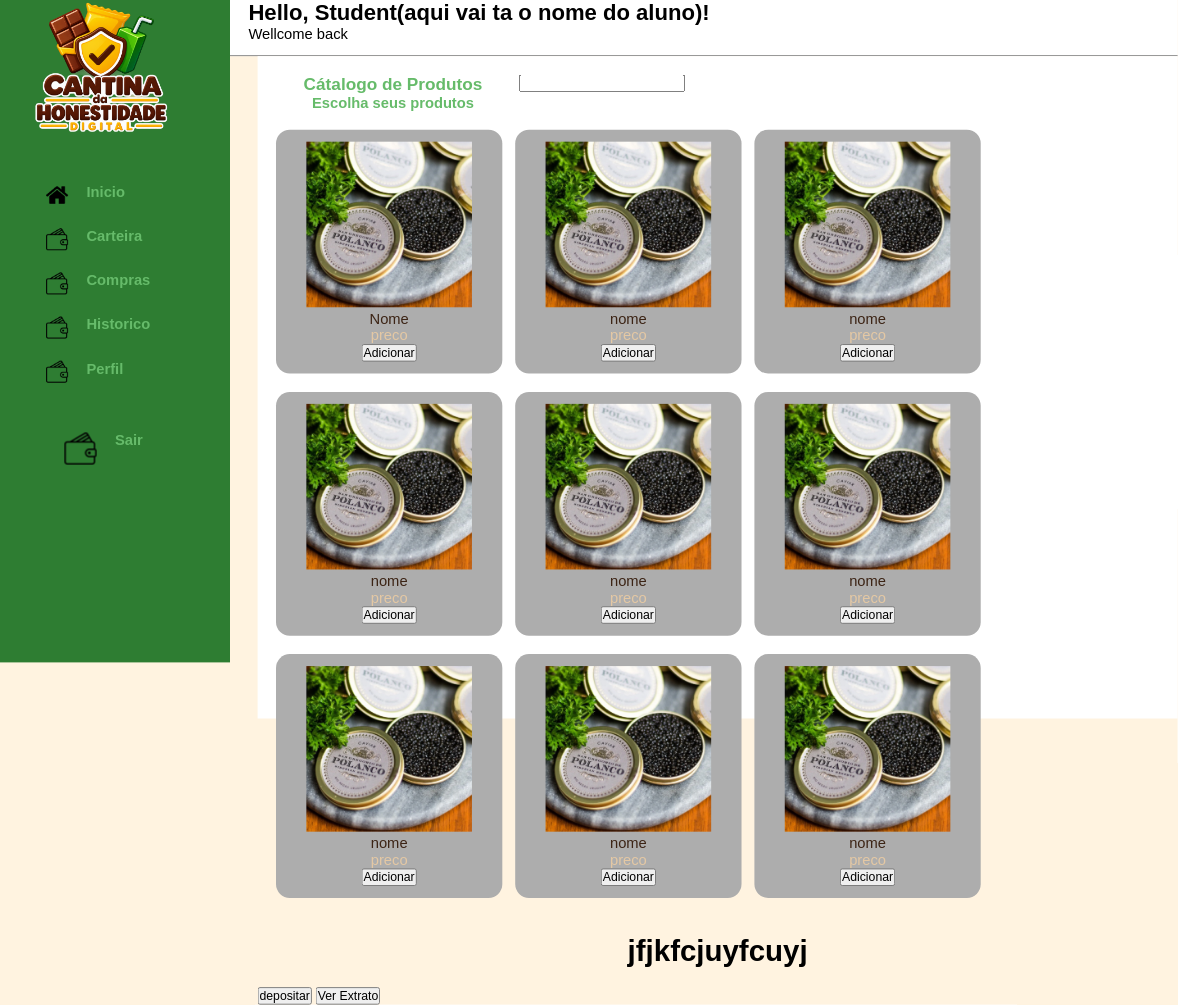
Repository: Proteuzin/Aplicativo-para-Gest-o-da-Cantina-da-Honestidade
Page: html/teladeprodutos.html
The author's editor kept a copy of each file at every save. The page is drawn from the files as they stood at one save, then again after the next save.
The browser window is 1280 px wide. The pictures show the whole page, at 92% of full size.

Above is the page before, as saved 2026-08-17 18:52:38.

### html/teladeprodutos.html
<!DOCTYPE html>
<html lang="en">

<head>
    <meta charset="UTF-8">
    <meta name="viewport" content="width=device-width, initial-scale=1.0">
    <title>Cantina da bondade</title>
    <link rel="stylesheet" href="../css/css.css">
    <script src="../Js/produtos.js" defer></script>
</head>

<body>

    <div class="conteudo" id="conteudo">

        <div class="lado" id="lado">
            <div class="logo" id="logo">
                <img src="../images/Aug 14, 2026, 03_21_48 PM.png" alt="LOGO" class="logo" id="logo">
            </div>
            <div class="icons" id="icons">
                <div class="inicio" id="inicio">
                    <div class="imgInicio" id="imgInicio">
                        <img src="../images/home.png" alt="home">
                    </div>
                    <div class="txthome" id="txthome">
                        <h4>Inicio</h4>
                    </div>
                </div>

                <div class="carteira" id="carteira">
                    <div class="imgcarteira" id="imgcarteira">
                        <img src="../images/carteira.png" alt="home">
                    </div>
                    <div class="txtcarteira" id="txtcarteira">
                        <h4>Carteira</h4>
                    </div>
                </div>

                <div class="carteira" id="carteira">
                    <div class="imgcarteira" id="imgcarteira">
                        <img src="../images/carteira.png" alt="home">
                    </div>
                    <div class="txtcarteira" id="txtcarteira">
                        <h4>Compras</h4>
                    </div>
                </div>

                <div class="carteira" id="carteira">
                    <div class="imgcarteira" id="imgcarteira">
                        <img src="../images/carteira.png" alt="home">
                    </div>
                    <div class="txtcarteira" id="txtcarteira">
                        <h4>Historico</h4>
                    </div>
                </div>

                <div class="carteira" id="carteira">
                    <div class="imgcarteira" id="imgcarteira">
                        <img src="../images/carteira.png" alt="home">
                    </div>
                    <div class="txtcarteira" id="txtcarteira">
                        <h4>Perfil</h4>
                    </div>
                </div>
            </div>
            <div class="sair" id="sair">
                <div class="imgcarteira" id="imgcarteira">
                    <img src="../images/carteira.png" alt="home">
                </div>
                <div class="txtcarteira" id="txtcarteira">
                    <h4>Sair</h4>
                </div>
            </div>
        </div>



        <div class="direita">

            <div class="cima" id="cima">
                <h2>Hello, Student(aqui vai ta o nome do aluno)!</h2>
                <p>Wellcome back</p>
            </div>

            <div class="conteudoMeio" id="conteudoMeio">

                <div class="produtos" id="produtos">
                    <div class="pesquisa" id="pesquisar">
                        <div class="textoPesquisa" id="textoPesquisa">
                            <h3>Cátalogo de Produtos</h3>
                            <h4>Escolha seus produtos</h4>
                        </div>
                        <div class="inputPesquisa" id="inputPesquisa">
                            <input type="text" name="pesquisar" id="pesquisar">
                        </div>
                    </div>
                    <div class="card" id="card">
                        <div class="primeiro" id="primeiro">

                        </div>
                    </div>
                </div>

                <div class="salso" id="saldo">
                    <h1>jfjkfcjuyfcuyj</h1>
                    <button id="depositar" class="depositar">depositar</button>
                    <button class="VerExtrato" id="VerExtrato">Ver Extrato</button>
                </div>

            </div>

        </div>

    </div>
</body>

</html>

### css/css.css
*{
    margin: 0px;
    padding: 0px;
    font-family: Arial, Helvetica, sans-serif;
}

body{
    background-color: #FFF3E0;
}

.icons{
    margin-left: 50px;
    margin-top: 50px;
}

.icons img{
    width: 24px;
    height: 24px;
}

.inicio{
    display: flex;
    gap: 20px;
}

.carteira{
    margin-top: 20px;
    display: flex;
    gap: 20px;
}

.lado{
    width: 250px;
    background-color:#2E7D32 ;
   text-align: center;
   height: 100vh;
}

.logo{
    width: 220px;
    height: 150px;
}

.sair img{
  width: 35px;
    height: 35px;
}

.sair{
    display: flex;
    gap: 20px;
   margin-left: 70px;
   margin-top: 50px;
}

.cima{
    background-color: white;
    border-bottom: gray solid 1px;
    flex: 1px;
    height: 60px;
    padding-left: 20px;
}

.conteudo{
    display: flex;
}
.direita {
    flex: 1px;
}
.pesquisa{
    display: flex;
    gap: 40px;
}

.pesquisa h3, h4{
    color: #66BB6A;
}

.conteudoMeio{
    background-color: #FFF3E0;
    height: 100vh;
}

.pesquisa{
    text-align: center;
    display: flex;
    justify-content: left;
    padding-top: 20px;
    padding-left: 50px;
}



/*cards */
.primeiro {
    display: grid;
    grid-template-columns: repeat(3, 240px);
    gap: 20px;
    padding: 20px;
}

.DivCard {
    background-color: rgb(173, 173, 173);
    width: 220px;
    padding: 13px;
    text-align: center;
    border-radius: 15px;
}

.cards{
    display: flex;
    justify-content: center;
}

h1{
    text-align: center;
    margin-top: 20px;
    margin-bottom: 20px;
}
.texto{

    color: #3C2415;
}
.preco{
    color: #e4c8a4;
}

.conteudoMeio{
    background-color: white;
    margin-left: 30px;
}

.fotoCard{
    width: 180px;
    height: 180px;
}

### Js/produtos.js
let preco = [
  "preco",
  "preco",
  "preco",
  "preco",
  "preco",
  "preco",
  "preco",
  "preco",
  "preco",
];

let nome = [
  "Nome",
  "nome",
  "nome",
  "nome",
  "nome",
  "nome",
  "nome",
  "nome",
  "nome",
];

let img = [
  "../images/caviar-polanco-siberian-reserve-30g_04f8f731-f5cb-4720-80b7-49af5675303b_1200x.webp",
  "../images/caviar-polanco-siberian-reserve-30g_04f8f731-f5cb-4720-80b7-49af5675303b_1200x.webp",
  "../images/caviar-polanco-siberian-reserve-30g_04f8f731-f5cb-4720-80b7-49af5675303b_1200x.webp",
  "../images/caviar-polanco-siberian-reserve-30g_04f8f731-f5cb-4720-80b7-49af5675303b_1200x.webp",
  "../images/caviar-polanco-siberian-reserve-30g_04f8f731-f5cb-4720-80b7-49af5675303b_1200x.webp",
  "../images/caviar-polanco-siberian-reserve-30g_04f8f731-f5cb-4720-80b7-49af5675303b_1200x.webp",
  "../images/caviar-polanco-siberian-reserve-30g_04f8f731-f5cb-4720-80b7-49af5675303b_1200x.webp",
  "../images/caviar-polanco-siberian-reserve-30g_04f8f731-f5cb-4720-80b7-49af5675303b_1200x.webp",
  "../images/caviar-polanco-siberian-reserve-30g_04f8f731-f5cb-4720-80b7-49af5675303b_1200x.webp",
];

function card() {
  let cards = document.querySelector("#primeiro");

  for (let i = 0; i < nome.length; i++) {
    cards.innerHTML += `
    <div class="DivCard">
        <img src="${img[i]}" class="fotoCard">
        <p class="texto">${nome[i]}</p>
        <p class="preco">${preco[i]}</p>
        <button class="butcard">Adicionar</button>
    </div>
`;
  }
}

card();

After the next save:
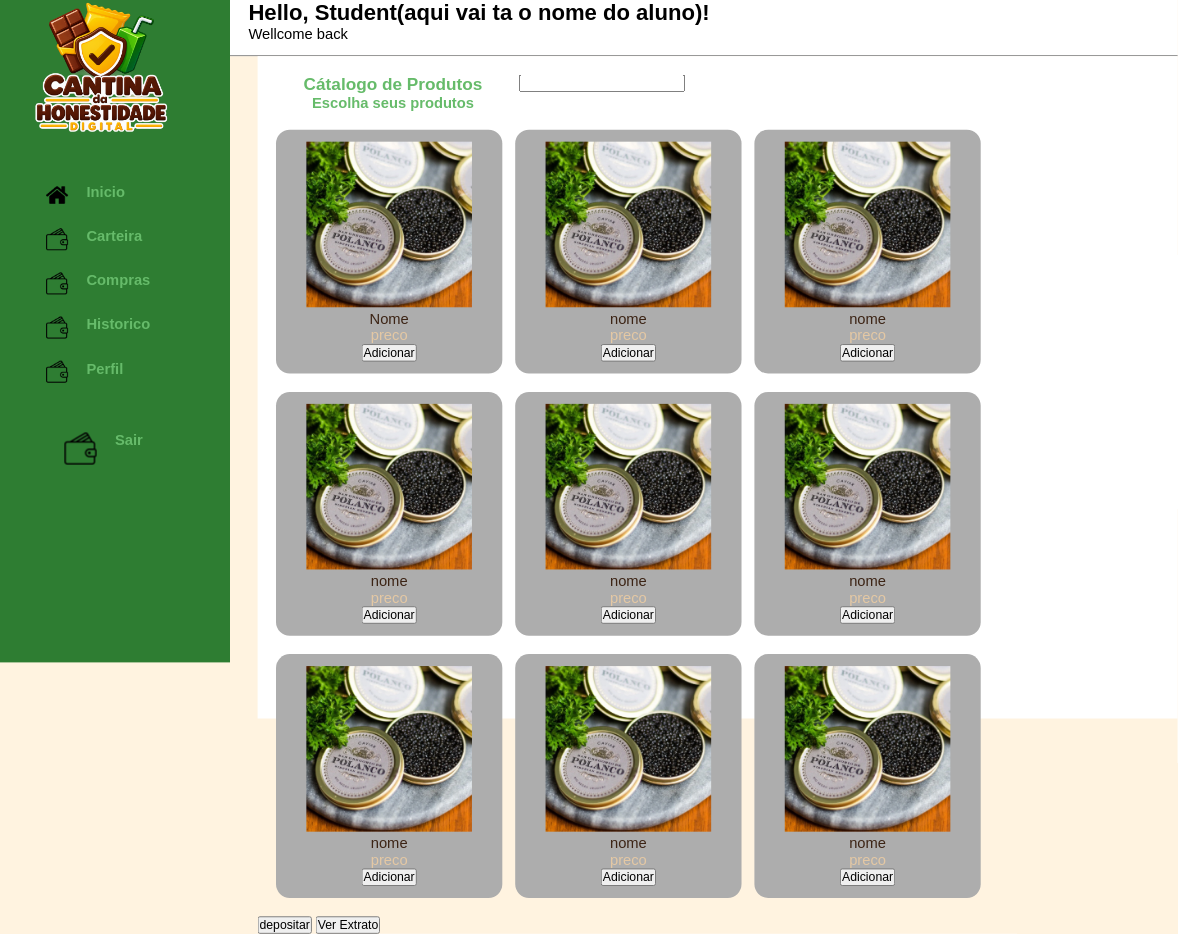
Saved 13 s later.
--- a/html/teladeprodutos.html
+++ b/html/teladeprodutos.html
@@ -102,7 +102,6 @@
                 </div>
 
                 <div class="salso" id="saldo">
-                    <h1>jfjkfcjuyfcuyj</h1>
                     <button id="depositar" class="depositar">depositar</button>
                     <button class="VerExtrato" id="VerExtrato">Ver Extrato</button>
                 </div>
